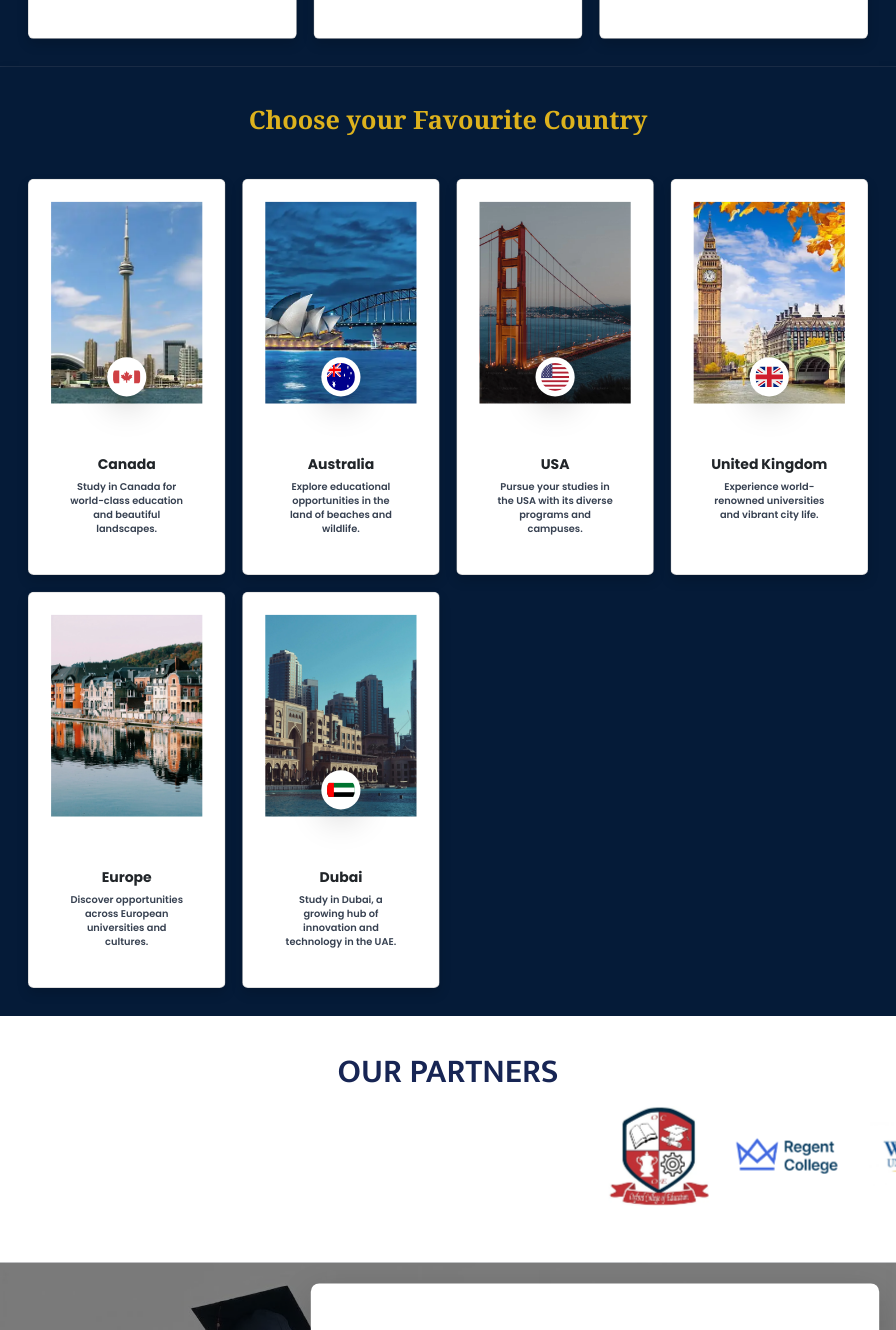
Repository: abhijeets54/d2globalbackup
Page: /
An editor plug-in stored every save of this project. The page is shown before and after the next save, followed by the edit.
The browser window is 1280 px wide. The pictures show the part of the page from y = 2959 to 4859 px (the page is 5702 px tall), at 70% of full size.
Pictures or frames that could not be fetched are drawn as grey boxes. Some web fonts or font styles are not loaded; a fallback is used. The project was rebuilt for these pictures with package versions that can differ from the ones it lists, and the page was loaded fresh each time. Also part of the build but not shown: vite.config.js, src/components/Logo.jsx, src/components/Button.jsx, src/components/PostCard.jsx, src/components/Input.jsx, src/components/WhatPeopleAreSaying.jsx, src/components/PassportServiceSlider.jsx, src/components/Register.jsx and 25 more.

Above is the page before, as saved 2024-10-22 14:34:09.

### index.html
<!doctype html>
<html lang="en">
  <head>
    <meta charset="UTF-8" />
    <link rel="icon" type="image/svg+xml" href="/logo.png" />
    <meta name="viewport" content="width=device-width, initial-scale=1.0" />
    <link href="https://fonts.googleapis.com/css2?family=Gothic+A1&family=Inconsolata:wght@200..900&family=Mukta:wght@200;300;400;500;600;700;800&family=Poppins:ital,wght@0,100;0,200;0,300;0,400;0,500;0,600;0,700;0,800;0,900;1,100;1,200;1,300;1,400;1,500;1,600;1,700;1,800;1,900&display=swap" rel="stylesheet">
    <link rel="preconnect" href="https://fonts.googleapis.com">
<link rel="preconnect" href="https://fonts.gstatic.com" crossorigin>
<link href="https://fonts.googleapis.com/css2?family=Lora:ital,wght@0,400..700;1,400..700&family=Merriweather:ital,wght@0,300;0,400;0,700;0,900;1,300;1,400;1,700;1,900&family=Open+Sans:ital,wght@0,300..800;1,300..800&family=Playfair+Display:ital,wght@0,400..900;1,400..900&display=swap" rel="stylesheet">
    <link rel="preconnect" href="https://fonts.googleapis.com">
<link rel="preconnect" href="https://fonts.gstatic.com" crossorigin>
<link href="https://fonts.googleapis.com/css2?family=Lora:ital,wght@0,400..700;1,400..700&family=Merriweather:ital,wght@0,300;0,400;0,700;0,900;1,300;1,400;1,700;1,900&family=Open+Sans:ital,wght@0,300..800;1,300..800&display=swap" rel="stylesheet">
    <link rel="preconnect" href="https://fonts.googleapis.com">
<link rel="preconnect" href="https://fonts.gstatic.com" crossorigin>
<link href="https://fonts.googleapis.com/css2?family=Merriweather:ital,wght@0,300;0,400;0,700;0,900;1,300;1,400;1,700;1,900&display=swap" rel="stylesheet">
    <link href="https://cdn.jsdelivr.net/npm/bootstrap@5.3.3/dist/css/bootstrap.min.css" rel="stylesheet" integrity="sha384-QWTKZyjpPEjISv5WaRU9OFeRpok6YctnYmDr5pNlyT2bRjXh0JMhjY6hW+ALEwIH" crossorigin="anonymous">
    <link
  rel="stylesheet"
  href="https://cdnjs.cloudflare.com/ajax/libs/font-awesome/5.15.3/css/all.min.css"
/>
    <title>D2 Global</title>
  </head>
  <body class="bg-slate-400">
    <div id="root"></div>
    <script src="https://cdn.jsdelivr.net/npm/bootstrap@5.3.3/dist/js/bootstrap.bundle.min.js" integrity="sha384-YvpcrYf0tY3lHB60NNkmXc5s9fDVZLESaAA55NDzOxhy9GkcIdslK1eN7N6jIeHz" crossorigin="anonymous"></script>
    <script type="module" src="/src/main.jsx"></script>
  </body>
</html>

### src/App.jsx
import React, { useState, useEffect } from 'react'
import './App.css'
import { Footer, Header } from './components'
import { Outlet } from 'react-router-dom'


function App() {
  const [loading, setLoading] = useState(false)

  return !loading ? (
    <div className='min-h-screen flex flex-wrap content-between bg-gray-400'>
      <div className='w-full block'>
        <Header />
        <main>
        <Outlet />
        </main>
        <Footer />
      </div>
    </div>
  ) : null
}

export default App

### src/pages/Home.jsx
import React, { useState } from 'react';
import { useNavigate } from 'react-router-dom';
import Collage from '../components/Collage';
import OurAssociates from '../components/OurAssociates';
import QuickNumbers from '../components/QuickNumbers';
import WhatPeopleAreSaying from '../components/WhatPeopleAreSaying';
import PassportServiceSlider from '../components/PassportServiceSlider';
import Register from '../components/Register';
import ContactSystem from '../components/ContactSystem';
import About from '../components/About';
import Offer from '../components/Offer';
import Countries from '../components/Countries';
import PopupForm from '../components/PopupForm';
import Events from '../components/Events';
import QuickEnquiry from '../components/ContactUs/QuickEnquiry';
import Choose from '../components/Choose';
import People from '../components/People';
import CollageWithAnimations from '../components/CollageWithAnimations';
import ResultsSlideshow from '../components/Results';
function Home() {
  const navigate = useNavigate();
  const [showFullText, setShowFullText] = useState(false);

  const handleReadMore = () => {
    navigate('/About');
  };

  const handleMoreAboutUs = () => {
    setShowFullText(!showFullText);
  };

  return (
    <>

   {/* <CollageWithAnimations/> */}
   {/* <PassportServiceSlider/> */}
      {/* <PopupForm /> */}
      <QuickEnquiry />
      <Collage />

        <About />
        {/* <People/> */}
        <QuickNumbers />
        <Choose/>
        <Offer />

        {/* <Timeline /> */}



            <Countries />


            <OurAssociates />
            {/* <ResultsSlideshow/>
          <WhatPeopleAreSaying /> */}

          {/* <Events /> */}

          {/* <Register /> */}
          <ContactSystem/>


    </>
  );
}

export default Home;

### src/components/Layout.jsx
// src/components/Layout.jsx
import React from 'react';
import { Outlet, useNavigate } from 'react-router-dom';

const Layout = () => {
  const navigate = useNavigate();

  const handleDonateClick = () => {
    navigate('/Donate');
  };

  return (
    <div>
      <Outlet />
      {/* <a
        href="#top"
        className="fixed right-2 bottom-16 bg-blue-950 text-white hover:bg-yellow-500 py-1 px-2 rounded-2 h-8 w-10 mt-2"
        style={{ zIndex: 1000 }}
      >
        <img src="../../IOC Website pictures/icons8-top-50.png" alt="Go to top " />
      </a> */}
    </div>
  );
};

export default Layout;

### src/components/OurAssociates.jsx
import React from 'react';
import 'tailwindcss/tailwind.css';

const logos = [
  '/oxford.webp',
  '/regent.webp',
  '/webster.webp',
  '/avila.svg',
  '/iau.webp',
  '/bcnlip.webp',
  '/camino.webp',
  '/ihmgs.webp',
  '/uclan.webp',
  '/aura.webp',
  '/lyon.webp'
];

function OurAssociates() {
  return (
    <div className="bg-white py-10">
      <h4 className="text-center text-blue-950 mt-3 text-3xl sm:text-4xl lg:text-5xl font-semibold font-mukta">
        OUR PARTNERS
      </h4>
      <br />
      <div className="overflow-hidden relative">
        <div className="flex animate-scroll space-x-6 sm:space-x-8 lg:space-x-10">
          {/* Duplicating logos to create seamless infinite scroll */}
          {logos.concat(logos).map((logo, index) => (
            <div key={index} className="flex-shrink-0">
              <img
                src={logo}
                alt={`Logo ${index + 1}`}
                className="h-20 w-20 sm:h-28 sm:w-28 lg:h-36 lg:w-36 object-contain"
              />
            </div>
          ))}
        </div>
      </div>
      {/* Adding additional space at the bottom */}
      <div className="mt-10"></div>
    </div>
  );
}

export default OurAssociates;

### src/components/QuickNumbers.jsx
import React, { useEffect, useState, useRef } from 'react';
import CountUp from 'react-countup';
import { FaUserAlt, FaPassport, FaPlaneDeparture, FaCheckCircle } from 'react-icons/fa';
import 'tailwindcss/tailwind.css';

const data = [
  {
    icon: <FaUserAlt className="h-12 w-12 text-yellow-400 mb-2" />,
    number: 1100,
    label: 'Study Visas'
  },
  {
    icon: <FaPassport className="h-12 w-12 text-yellow-400 mb-2" />,
    number: 600,
    label: 'Spouse Open Work Visas'
  },
  {
    icon: <FaPlaneDeparture className="h-12 w-12 text-yellow-400 mb-2" />,
    number: 800,
    label: 'Tourist Visas'
  },
  {
    icon: <FaCheckCircle className="h-12 w-12 text-yellow-400 mb-2" />,
    number: 95,
    label: 'Success Ratio (%)',
    isDecimal: true,
  }
];

function QuickNumbers() {
  const [showCounts, setShowCounts] = useState(false);
  const quickNumbersRef = useRef(null);

  useEffect(() => {
    const observer = new IntersectionObserver(
      (entries) => {
        if (entries[0].isIntersecting) {
          setShowCounts(true);
        }
      },
      { threshold: 0.2 }
    );

    if (quickNumbersRef.current) {
      observer.observe(quickNumbersRef.current);
    }

    return () => {
      if (quickNumbersRef.current) {
        observer.unobserve(quickNumbersRef.current);
      }
    };
  }, []);

  return (
    <div ref={quickNumbersRef} className="bg-customBlue w-full">
      <h2 className="text-center text-2xl sm:text-4xl font-serif font-extrabold text-customYellow pt-5 mb-8">
        QUICK NUMBERS
      </h2>

      {/* Responsive Grid Layout */}
      <div className="grid grid-cols-1 sm:grid-cols-2 lg:grid-cols-4 gap-8 lg:gap-24 mt-5 pb-5">
        {data.map((item, index) => (
          <div key={index} className="text-center text-customYellow flex flex-col items-center">
            <div className="quicknumber flex flex-col justify-center items-center">
              <div className="icon mb-2">{item.icon}</div>
              <h3 className="text-2xl sm:text-4xl font-bold font-poppins"> {/* Use custom font here */}
                {showCounts && (
                  <CountUp
                    end={item.number}
                    duration={7}
                    decimals={item.isDecimal ? 2 : 0}
                    suffix={item.isDecimal ? "%" : "+"}
                  />
                )}
              </h3>
              <p className="mt-2 text-base sm:text-xl font-mukta"> {/* Use custom font here */}
                {item.label}
              </p>
            </div>
          </div>
        ))}
      </div>
    </div>
  );
}

export default QuickNumbers;

### src/components/ContactSystem.jsx
import React, { useState, useRef } from 'react';
import { motion, AnimatePresence } from 'framer-motion';
import { FaPaperPlane, FaMapMarkerAlt } from 'react-icons/fa';
import emailjs from '@emailjs/browser';

const WorldMapContact = () => {
  const [formData, setFormData] = useState({
    name: '',
    email: '',
    subject: '',
    phone: '',
    message: '',
    country: '',
  });
  const [responseMessage, setResponseMessage] = useState('');
  const form = useRef();
  const [selectedCountry, setSelectedCountry] = useState(null);
  const [showForm, setShowForm] = useState(false);

  const countries = {
    UK: { x: 540, y: 90, name: 'United Kingdom' },
    Canada: { x: 220, y: 100, name: 'Canada' },
    Europe: { x: 630, y: 140, name: 'Europe' },
    USA: { x: 290, y: 180, name: 'United States' },
    Dubai: { x: 710, y: 230, name: 'Dubai' },
    Australia: { x: 910, y: 380, name: 'Australia' },
  };

  const handlePinClick = (country, e) => {
    e.stopPropagation();
    setSelectedCountry(country);
    setFormData({ ...formData, country: countries[country].name });
    setShowForm(true);
  };

  const closeForm = () => {
    setShowForm(false);
    setSelectedCountry(null);
  };

  const handleChange = (e) => {
    setFormData({ ...formData, [e.target.name]: e.target.value });
  };

  const handleSubmit = async (e) => {
    e.preventDefault();
    emailjs
      .sendForm('service_3x7bjfj', 'template_530xg64', form.current, {
        publicKey: 'I7UB0PZBIaKgzxane',
      })
      .then(
        () => {
          setResponseMessage('Message sent successfully!');
          setFormData({ name: '', email: '', subject: '', phone: '', country: '', message: '' });
        },
        (error) => {
          setResponseMessage('Error submitting form. Please try again.');
          console.log('Failed...', error.text);
        }
      );
  };

  return (
    <div
      className="h-[80vh] bg-cover bg-center bg-no-repeat relative overflow-hidden"
      style={{ backgroundImage: 'url(/register/form1.webp)' }}
    >
      <div className="absolute inset-0 bg-black bg-opacity-50" />
      <div className="relative h-full max-w-7xl mx-auto flex items-center px-4 justify-items-end flex-col md:flex-row">
        {/* Left side text */}
        <div className="md:w-1/4 pr-8 ml-12">
          <h2 className="text-3xl md:text-5xl font-bold text-white leading-tight text-center md:text-left">
            Choose Your Destination
          </h2>
          <p className="text-lg md:text-xl text-gray-200 mt-4 text-center md:text-left">
            Select a location on the map to begin your educational journey
          </p>
        </div>

        {/* Map section */}
        <motion.div
          initial={{ opacity: 0, y: 20 }}
          animate={{ opacity: 1, y: 0 }}
          className="w-full md:w-3/4 max-w-[1100px] bg-white bg-opacity-95 rounded-xl shadow-lg p-6 mt-6 md:mt-0 ml-0 md:ml-16"
        >
          <div className="relative">
            <svg viewBox="0 0 1200 600" className="w-full h-[65vh]" preserveAspectRatio="xMidYMid meet">
              <image href="/register/world.svg" width="100%" height="100%" />

              {Object.entries(countries).map(([code, { x, y, name }], index) => (
                <motion.g
                  key={code}
                  initial={{ y: -50, opacity: 0 }}
                  animate={{ y: 0, opacity: 1 }}
                  transition={{
                    type: 'spring',
                    stiffness: 100,
                    damping: 10,
                    delay: index * 0.2,
                  }}
                  onClick={(e) => handlePinClick(code, e)}
                  className="cursor-pointer"
                  whileHover={{ scale: 1.1 }}
                >
                  <image href="/register/pin.svg" x={x - 12} y={y - 24} width="40" height="40" />
                  <rect
                    x={x - 90}
                    y={y - 50}
                    width="170"
                    height="50"
                    fill="white"
                    opacity="1.0"
                    rx="8"
                    className="drop-shadow-lg"
                  />
                  <text
                    x={x}
                    y={y - 16}
                    textAnchor="middle"
                    className="text-xl font-bold custom-font-class"
                  >
                    {name}
                  </text>
                </motion.g>
              ))}
            </svg>
          </div>
        </motion.div>
      </div>

      {/* Modal Form */}
      <AnimatePresence>
        {showForm && (
          <div
            className="fixed inset-0 bg-black bg-opacity-50 flex items-center justify-center p-4 z-50"
            onClick={closeForm}
          >
            <motion.div
              initial={{ scale: 0.9, opacity: 0 }}
              animate={{ scale: 1, opacity: 1 }}
              exit={{ scale: 0.9, opacity: 0 }}
              className="bg-white rounded-xl shadow-xl p-6 max-w-4xl w-full flex flex-col md:flex-row"
              onClick={(e) => e.stopPropagation()}
            >
              {/* Form Section */}
              <div className="md:w-3/4 p-6">
                <div className="flex justify-between items-center mb-4">
                  <h2 className="text-xl font-bold">Contact Us - {formData.country}</h2>
                  <button
                    onClick={closeForm}
                    className="text-gray-500 hover:text-gray-700 text-xl"
                  >
                    ×
                  </button>
                </div>

                <form className="space-y-3" onSubmit={handleSubmit} ref={form}>
                  {responseMessage && (
                    <motion.p
                      initial={{ opacity: 0 }}
                      animate={{ opacity: 1 }}
                      className="text-center text-green-600 mb-2 p-2 bg-green-100 rounded-md text-sm"
                    >
                      {responseMessage}
                    </motion.p>
                  )}
                  {['name', 'phone', 'email', 'subject'].map((field) => (
                    <div key={field}>
                      <label className="block text-gray-700 text-xs font-semibold mb-1" htmlFor={field}>
                        {field.charAt(0).toUpperCase() + field.slice(1)}
                      </label>
                      <input
                        className="w-full px-3 py-2 text-sm text-gray-700 border rounded-lg focus:outline-none focus:border-blue-500 transition duration-300"
                        id={field}
                        type={field === 'email' ? 'email' : 'text'}
                        name={field}
                        value={formData[field]}
                        onChange={handleChange}
                        required
                      />
                    </div>
                  ))}
                  <div>
                    <label className="block text-gray-700 text-xs font-semibold mb-1" htmlFor="country">
                      Country (Preferred)
                    </label>
                    <select
                      className="w-full px-3 py-2 text-sm text-gray-700 border rounded-lg focus:outline-none focus:border-blue-500 transition duration-300"
                      id="country"
                      name="country"
                      value={formData.country}
                      onChange={handleChange}
                      required
                    >
                      <option value="" disabled>Select a country</option>
                      {Object.values(countries).map(({ name }) => (
                        <option key={name} value={name}>{name}</option>
                      ))}
                    </select>
                  </div>
                  <div>
                    <label className="block text-gray-700 text-xs font-semibold mb-1" htmlFor="message">
                      Message
                    </label>
                    <textarea
                      className="w-full px-3 py-2 text-sm text-gray-700 border rounded-lg focus:outline-none focus:border-blue-500 transition duration-300"
                      id="message"
                      rows="4"
                      name="message"
                      value={formData.message}
                      onChange={handleChange}
                      required
                    ></textarea>
                  </div>

                  <div className="text-center">
                    <motion.button
                      whileHover={{ scale: 1.05 }}
                      whileTap={{ scale: 0.95 }}
                      className="bg-blue-600 text-white py-2 px-6 rounded-full text-sm font-semibold flex items-center justify-center mx-auto transition duration-300 hover:bg-blue-700 focus:outline-none focus:ring-2 focus:ring-blue-500 focus:ring-opacity-50"
                      type="submit"
                    >
                      <FaPaperPlane className="mr-2" />
                      Send Message
                    </motion.button>
                  </div>
                </form>
              </div>

              {/* Address Section */}
              <div className="md:w-1/4 p-6 bg-gray-50 flex flex-col justify-between rounded-r-xl">
                <h3 className="text-2xl font-bold mb-4 text-gray-800">Visit Us Today!</h3>
                <div className="space-y-4">
                  <div>
                    <p className="font-semibold text-gray-700">Main Branch:</p>
                    <p className="text-sm text-gray-600 flex items-start mt-1">
                      <FaMapMarkerAlt className="mr-2 mt-1 flex-shrink-0" />
                      Maks Shopping Plaza, Dugri Road, Model Town, Ludhiana
                    </p>
                  </div>
                  <div>
                    <p className="font-semibold text-gray-700">Second Branch:</p>
                    <p className="text-sm text-gray-600 flex items-start mt-1">
                      <FaMapMarkerAlt className="mr-2 mt-1 flex-shrink-0" />
                      Rattan Bazar Adda, Near Hungry Point Restaurant, Jodhan, Ludhiana
                    </p>
                  </div>
                </div>
              </div>
            </motion.div>
          </div>
        )}
      </AnimatePresence>
    </div>
  );
};

export default WorldMapContact;

### src/components/container/Container.jsx
import React from 'react'

function Container({ children }) {
  return <div className='w-full'>{children}</div>
}

export default Container

Loaded but not shown: tailwind.config.js (53 lines, source omitted); src/components/index.js (19 lines, source omitted); src/components/Header/Header.jsx (248 lines, source omitted); src/components/Countries.jsx (147 lines, source omitted); src/components/ContactUs/QuickEnquiry.jsx (178 lines, source omitted); src/components/Collage.jsx (159 lines, source omitted); src/components/Choose.jsx (166 lines, source omitted); src/App.css (212 lines, source omitted); src/components/ContactUs/ContactUs.jsx (68 lines, source omitted); src/index.css (166 lines, source omitted); src/components/Offer.jsx (75 lines, source omitted); src/main.jsx (66 lines, source omitted); src/components/About.jsx (84 lines, source omitted)

After the next save:
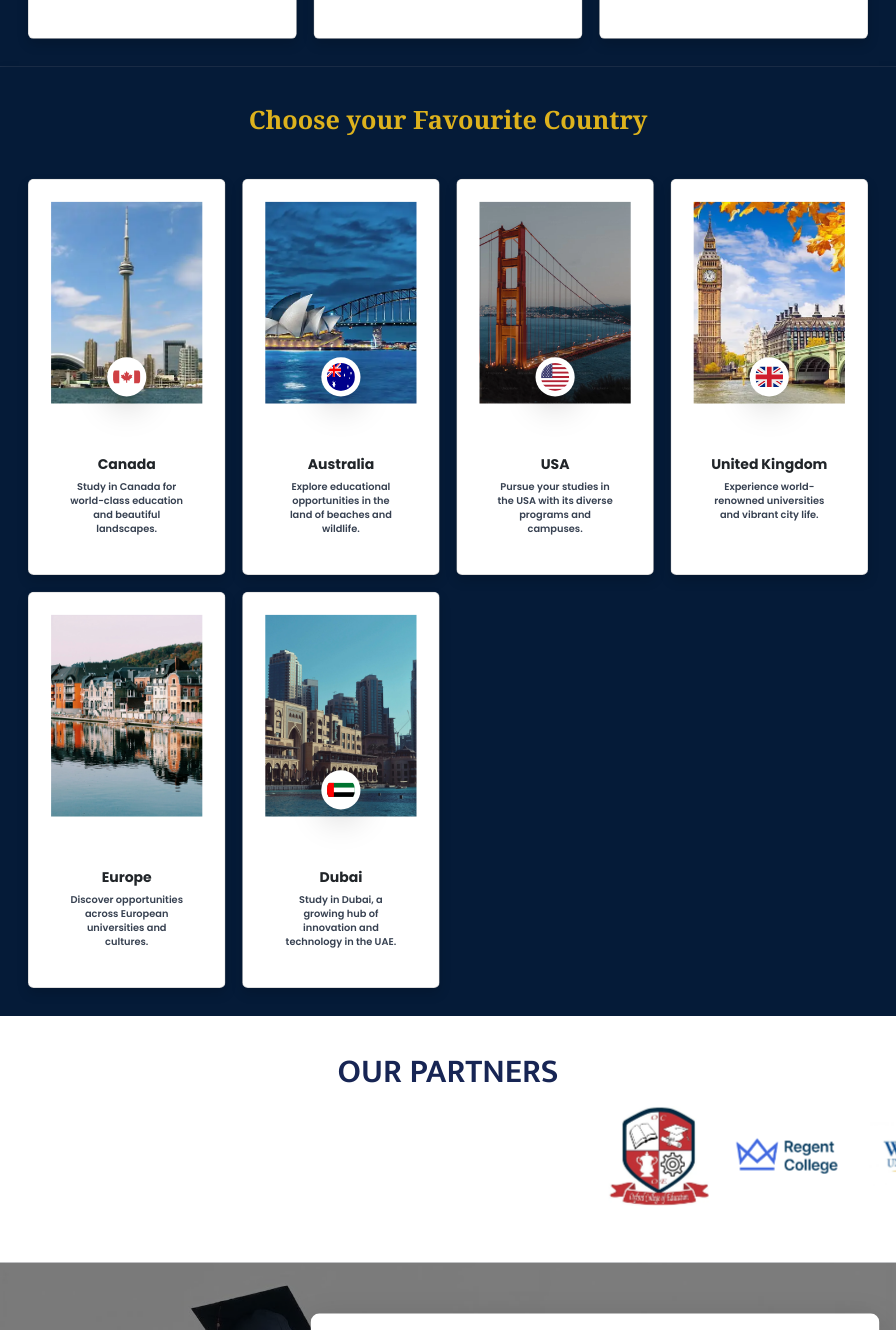
Saved 63 s later.
--- a/src/components/ContactSystem.jsx
+++ b/src/components/ContactSystem.jsx
@@ -84,7 +84,7 @@
           className="w-full md:w-3/4 max-w-[1100px] bg-white bg-opacity-95 rounded-xl shadow-lg p-6 mt-6 md:mt-0 ml-0 md:ml-16"
         >
           <div className="relative">
-            <svg viewBox="0 0 1200 600" className="w-full h-[65vh]" preserveAspectRatio="xMidYMid meet">
+            <svg viewBox="0 0 1200 600" className="w-full h-auto" preserveAspectRatio="xMidYMid meet">
               <image href="/register/world.svg" width="100%" height="100%" />
 
               {Object.entries(countries).map(([code, { x, y, name }], index) => (
